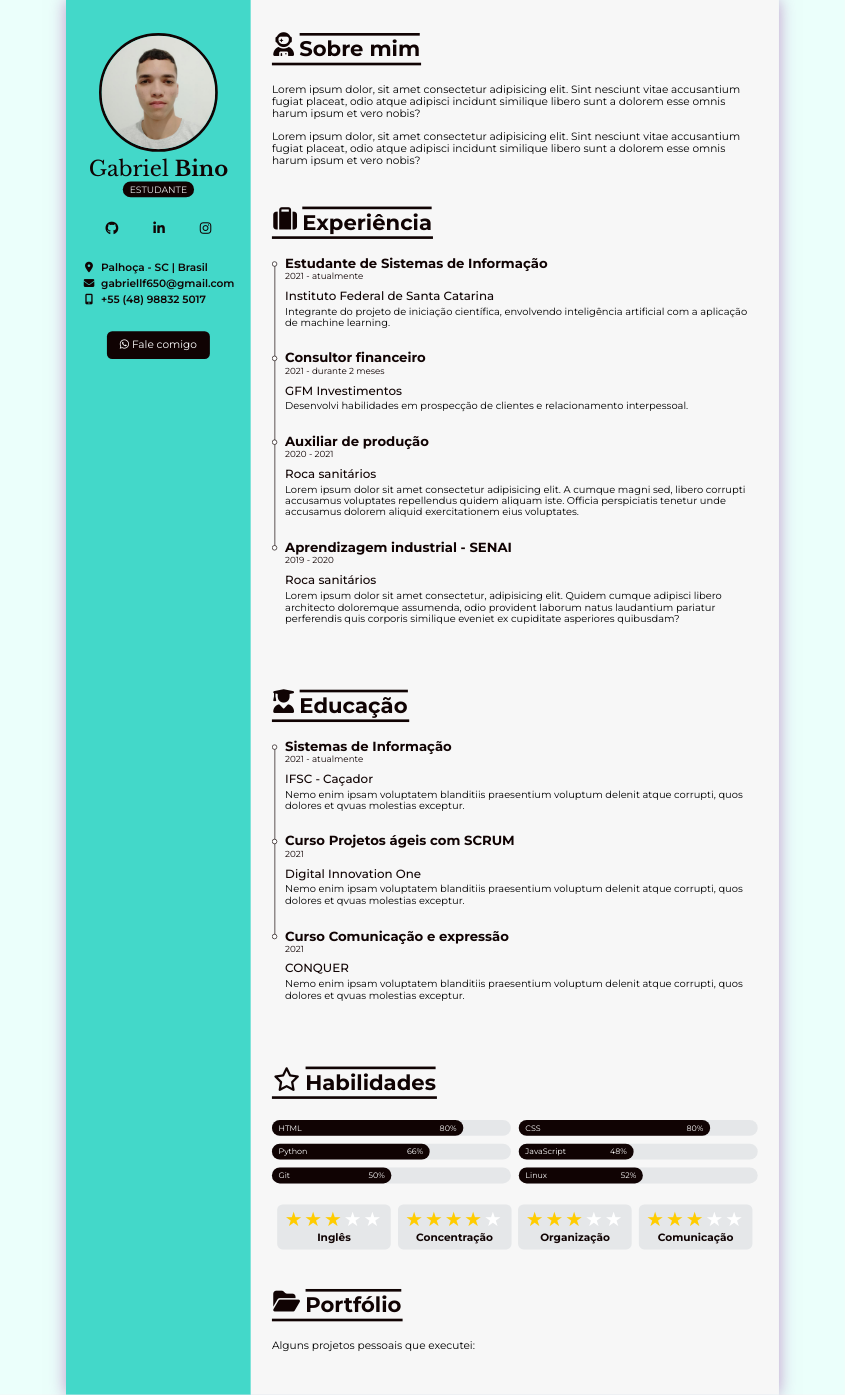
Repository: gabrielbino/curriculoResponsivo
Page: index.html
An editor plug-in stored every save of this project. The page is shown before and after the next save, followed by the edit.
The browser window is 1280 px wide. The pictures show the whole page, at 66% of full size.
Some web libraries are served in a nearby version.

Above is the page before, as saved 2021-10-19 15:06:27.

After the next save:
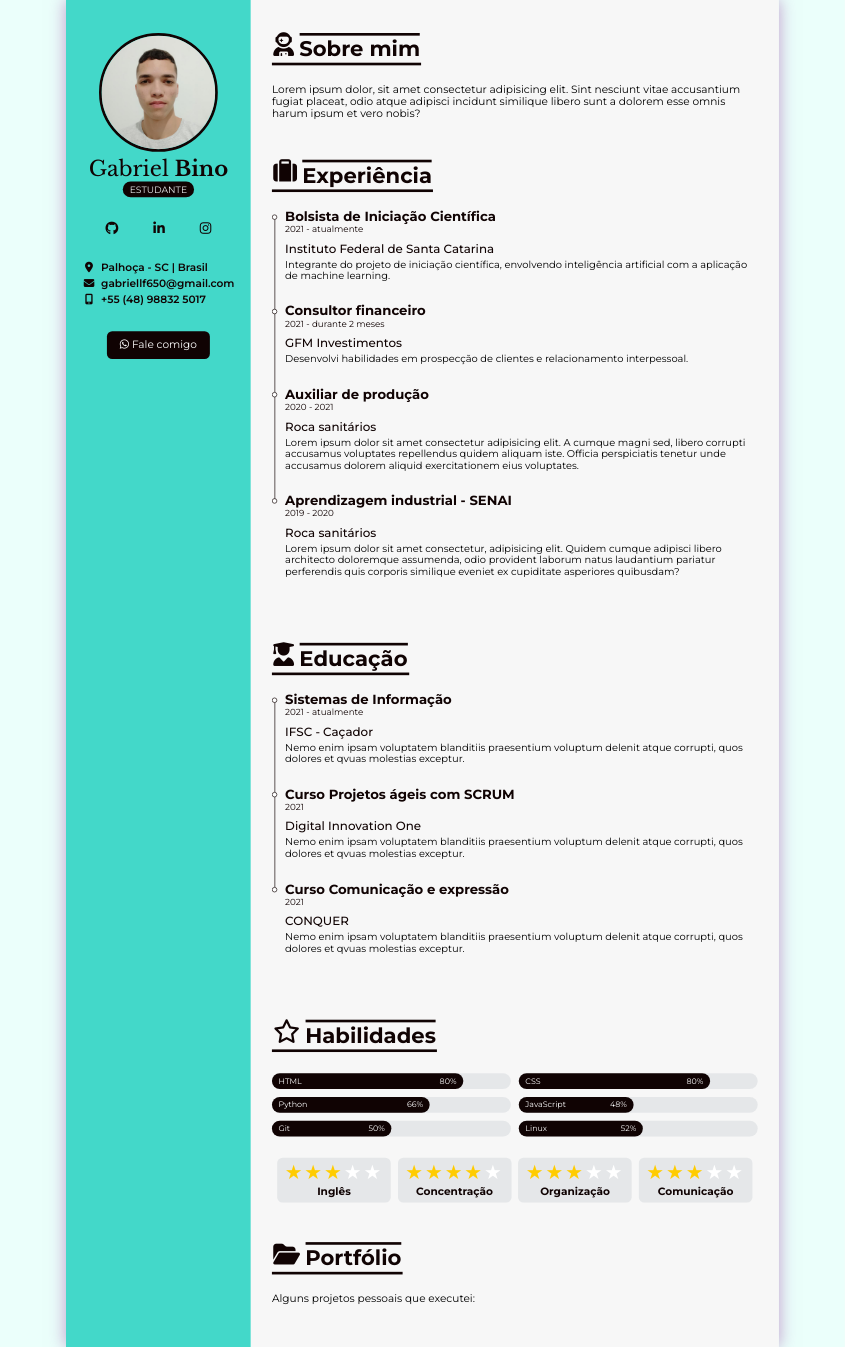
Saved 14 min 49 s later.
--- a/index.html
+++ b/index.html
@@ -2,6 +2,9 @@
 <html lang="pt-br">
   <head>
     <meta charset="UTF-8" />
+
+    <meta name="viewport" content="width=device-width, initial-scale=1" />
+
     <link
       rel="stylesheet"
       href="https://cdnjs.cloudflare.com/ajax/libs/normalize/8.0.1/normalize.min.css"
@@ -87,12 +90,6 @@
             incidunt similique libero sunt a dolorem esse omnis harum ipsum et
             vero nobis?
           </p>
-          <p>
-            Lorem ipsum dolor, sit amet consectetur adipisicing elit. Sint
-            nesciunt vitae accusantium fugiat placeat, odio atque adipisci
-            incidunt similique libero sunt a dolorem esse omnis harum ipsum et
-            vero nobis?
-          </p>
         </article>
         <article>
           <div class="article-title-wrapper">
@@ -101,9 +98,7 @@
           </div>
           <ul class="timeline">
             <li>
-              <h4 class="timeline-title">
-                Estudante de Sistemas de Informação
-              </h4>
+              <h4 class="timeline-title">Bolsista de Iniciação Científica</h4>
               <h5 class="timeline-time">2021 - atualmente</h5>
               <h6 class="timeline-place">
                 Instituto Federal de Santa Catarina
